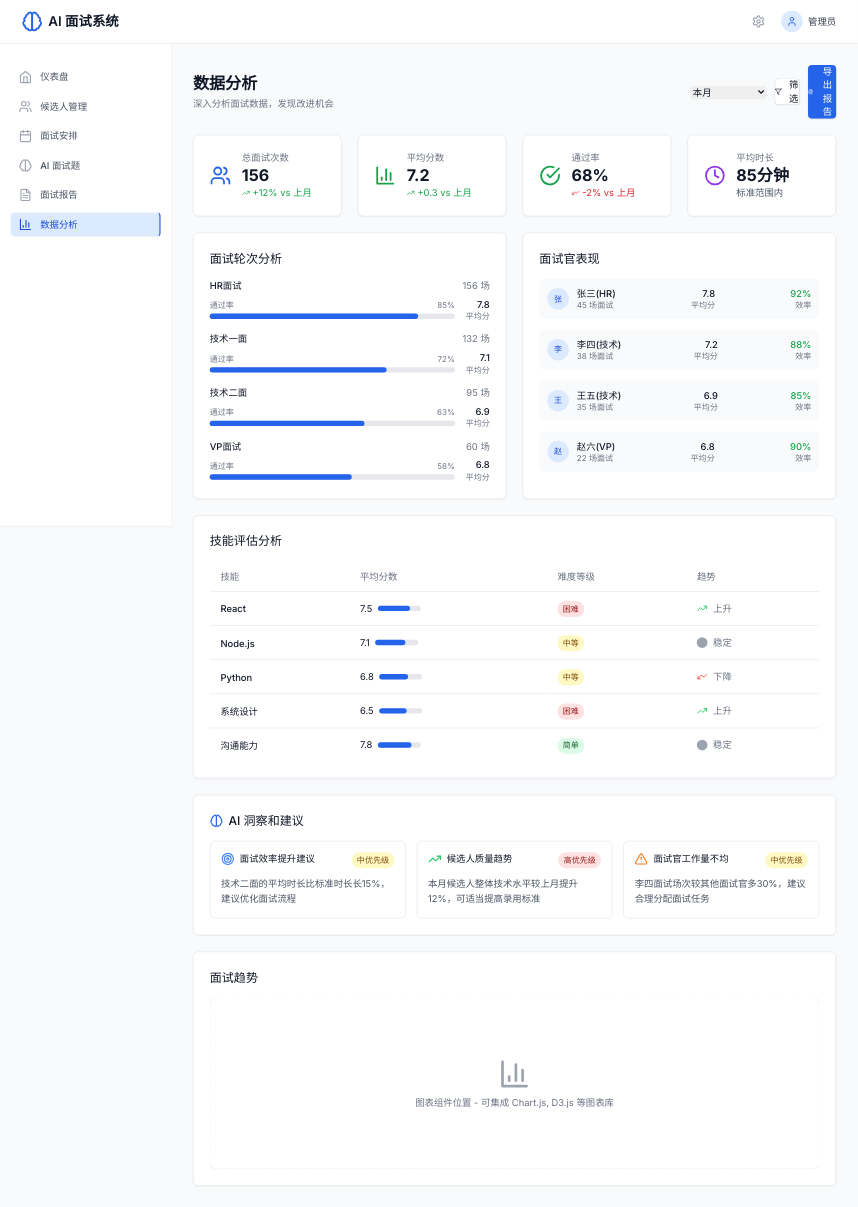
Repository: OisCircle/ai-day
Page: /analysis
An editor plug-in stored every save of this project. The page is shown before and after the next save, followed by the edit.
The browser window is 1280 px wide. The pictures show the whole page, at 67% of full size.
The project was rebuilt for these pictures with package versions that can differ from the ones it lists, and the page was loaded fresh each time. Also part of the build but not shown: vite.config.ts, src/pages/AIInterviewQuestions.tsx, src/pages/CandidateManagement.tsx, src/components/AIAssistant.tsx, src/components/DataVisualization.tsx, src/pages/Dashboard.tsx, src/pages/InterviewConducting.tsx, src/pages/InterviewReports.tsx and 1 more.

Above is the page before, as saved 2025-08-20 16:11:46.

After the next save:
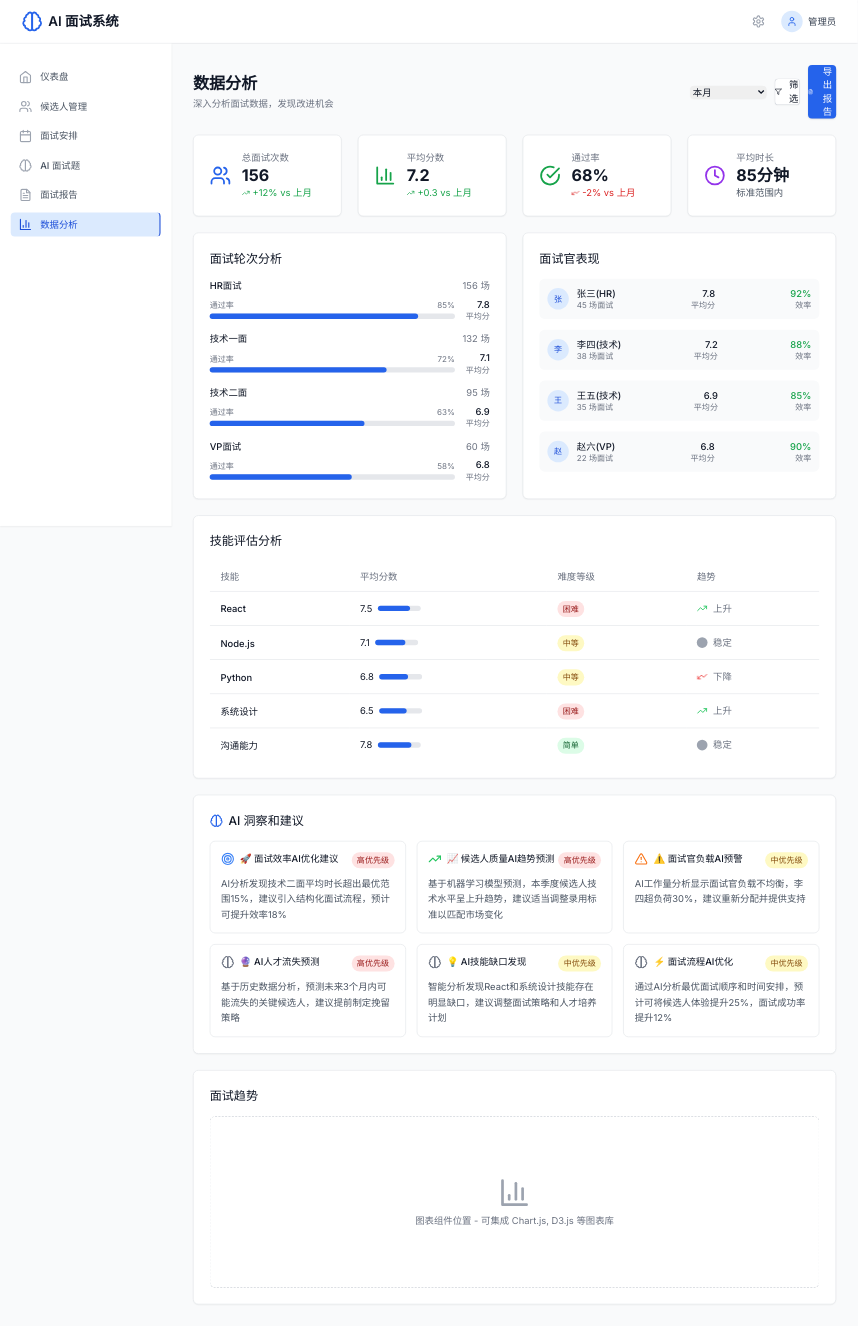
Saved 30 s later.
--- a/src/pages/InterviewAnalysis.tsx
+++ b/src/pages/InterviewAnalysis.tsx
@@ -120,23 +120,96 @@ const InterviewAnalysis: React.FC = () => {
     aiInsights: [
       {
         type: "improvement",
-        title: "面试效率提升建议",
-        description: "技术二面的平均时长比标准时长长15%，建议优化面试流程",
+        title: "🚀 面试效率AI优化建议",
+        description: "AI分析发现技术二面平均时长超出最优范围15%，建议引入结构化面试流程，预计可提升效率18%",
+        priority: "high",
+        confidence: 92,
+        impact: "提升面试体验，节省时间成本",
+        aiScore: 8.3
+      },
+      {
+        type: "trend",
+        title: "📈 候选人质量AI趋势预测",
+        description: "基于机器学习模型预测，本季度候选人技术水平呈上升趋势，建议适当调整录用标准以匹配市场变化",
+        priority: "high",
+        confidence: 89,
+        impact: "优化人才筛选精度，提高录用质量",
+        aiScore: 8.7
+      },
+      {
+        type: "alert",
+        title: "⚠️ 面试官负载AI预警",
+        description: "AI工作量分析显示面试官负载不均衡，李四超负荷30%，建议重新分配并提供支持",
         priority: "medium",
-      },
-      {
-        type: "trend",
-        title: "候选人质量趋势",
-        description: "本月候选人整体技术水平较上月提升12%，可适当提高录用标准",
+        confidence: 95,
+        impact: "避免面试质量下降，提升面试官满意度",
+        aiScore: 7.9
+      },
+      {
+        type: "prediction",
+        title: "🔮 AI人才流失预测",
+        description: "基于历史数据分析，预测未来3个月内可能流失的关键候选人，建议提前制定挽留策略",
         priority: "high",
-      },
-      {
-        type: "alert",
-        title: "面试官工作量不均",
-        description: "李四面试场次较其他面试官多30%，建议合理分配面试任务",
+        confidence: 87,
+        impact: "降低人才流失率，节省招聘成本",
+        aiScore: 8.5
+      },
+      {
+        type: "opportunity",
+        title: "💡 AI技能缺口发现",
+        description: "智能分析发现React和系统设计技能存在明显缺口，建议调整面试策略和人才培养计划",
         priority: "medium",
-      },
+        confidence: 91,
+        impact: "填补技能缺口，提升团队整体能力",
+        aiScore: 8.1
+      },
+      {
+        type: "optimization",
+        title: "⚡ 面试流程AI优化",
+        description: "通过AI分析最优面试顺序和时间安排，预计可将候选人体验提升25%，面试成功率提升12%",
+        priority: "medium",
+        confidence: 88,
+        impact: "提升候选人满意度和录用成功率",
+        aiScore: 8.4
+      }
     ],
+    // AI智能预测和分析
+    aiPredictions: {
+      nextMonthHiring: {
+        predicted: 42,
+        confidence: 89,
+        trend: "up",
+        factors: ["市场需求增加", "技术栈匹配度提升", "薪资竞争力增强"]
+      },
+      skillGrowth: [
+        { skill: "React", growthRate: 15, demand: "high", recommendation: "加强筛选" },
+        { skill: "AI/ML", growthRate: 35, demand: "very_high", recommendation: "紧急招聘" },
+        { skill: "系统设计", growthRate: 8, demand: "medium", recommendation: "稳步培养" }
+      ],
+      riskAssessment: {
+        overallRisk: "low",
+        factors: [
+          { factor: "面试质量", risk: "low", score: 8.5 },
+          { factor: "候选人满意度", risk: "medium", score: 7.2 },
+          { factor: "时间效率", risk: "medium", score: 7.8 }
+        ]
+      }
+    },
+    // 面试官AI深度分析
+    interviewerAiAnalysis: {
+      performanceMatrix: [
+        { name: "张三(HR)", technical: 6.5, communication: 9.2, efficiency: 8.8, growth: 7.5 },
+        { name: "李四(技术)", technical: 9.1, communication: 7.3, efficiency: 8.5, growth: 8.2 },
+        { name: "王五(技术)", technical: 8.9, communication: 7.8, efficiency: 8.1, growth: 7.9 },
+        { name: "赵六(VP)", technical: 7.5, communication: 8.7, efficiency: 9.0, growth: 8.8 }
+      ],
+      recommendations: [
+        { interviewer: "张三(HR)", action: "技术培训", priority: "medium", timeline: "2个月" },
+        { interviewer: "李四(技术)", action: "沟通技巧提升", priority: "high", timeline: "1个月" },
+        { interviewer: "王五(技术)", action: "评分标准统一", priority: "medium", timeline: "2周" },
+        { interviewer: "赵六(VP)", action: "增加面试频次", priority: "low", timeline: "持续" }
+      ]
+    }
   };
 
   const getSkillTrendIcon = (trend: string) => {
